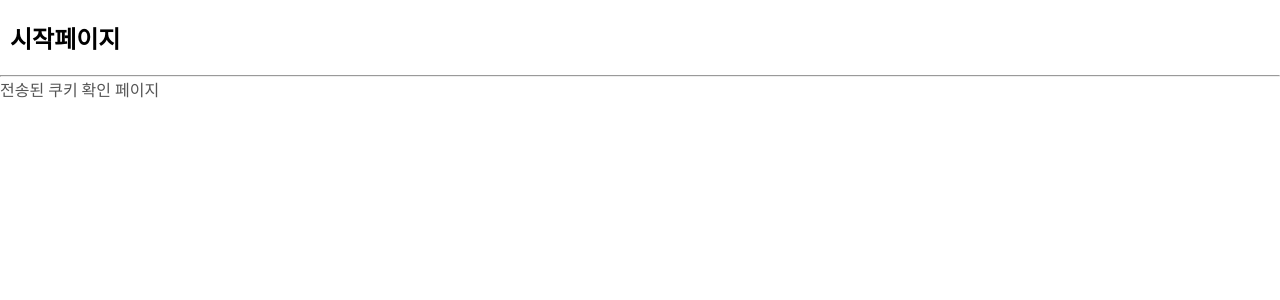
Repository: hyunh84/jsp_study
Page: http://localhost/Day07/j03_ck.jsp
These files come from the project's save history. The page is drawn as it stood at one moment and after the next save; the edit follows.
The browser window is 1280 px wide. The pictures show the whole page.
The page is served by Tomcat 9.

Above is the page before, as saved 2015-10-10 02:17:12.

After the next save:
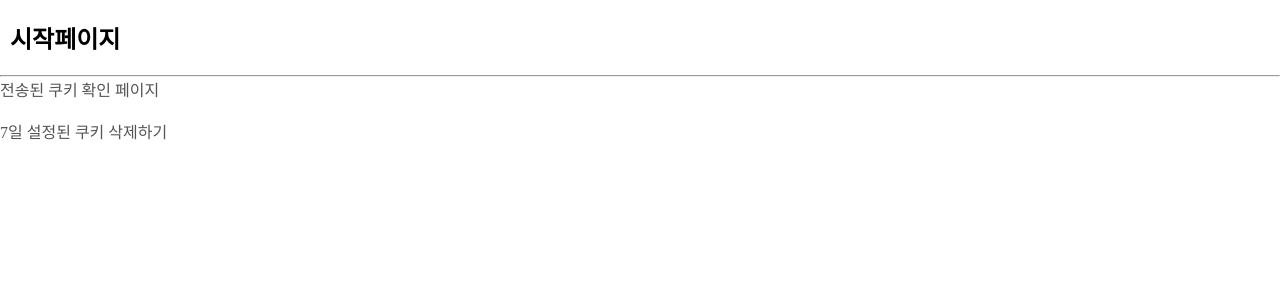
Saved 114 s later.
--- a/MyWorks/Day07/WebContent/j03_ck.jsp
+++ b/MyWorks/Day07/WebContent/j03_ck.jsp
@@ -39,6 +39,10 @@
 
 	<a href="/Day07/j03_ck02.jsp">전송된 쿠키 확인 페이지</a>
 
+	<br /><br />
+
+
+	<a href="/Day07/j03_ck03.jsp">7일 설정된 쿠키 삭제하기</a>
 
 
 
